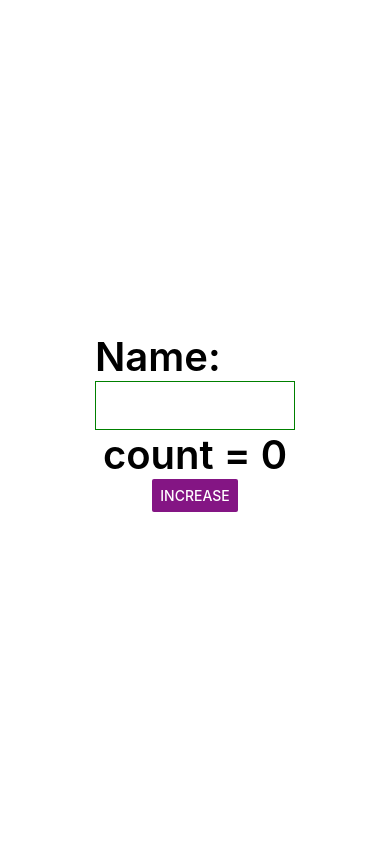
Repository: Ducbii4202/React-Native
Screen: /
The author's editor kept a copy of each file at every save. The screen is drawn from the files as they stood at one save, then again after the next save.
The app was drawn by React Native's web renderer in a window 390 px wide. The project was rebuilt for these pictures with package versions that can differ from the ones it lists, and the page was loaded fresh each time.

Above is the screen before, as saved 2024-09-15 16:00:17.

After the next save:
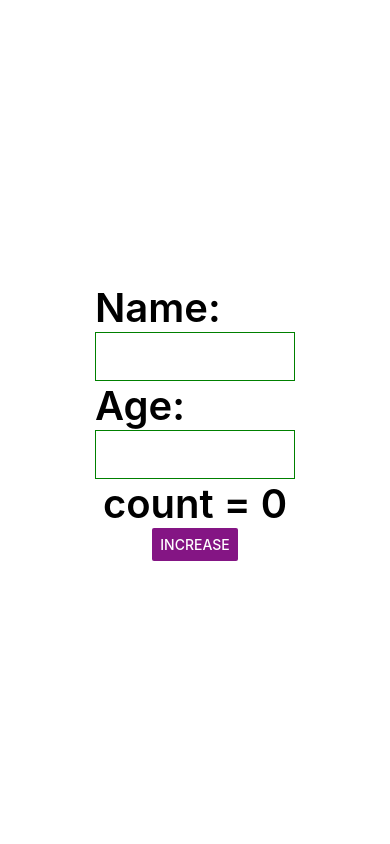
Saved 106 s later.
--- a/App.tsx
+++ b/App.tsx
@@ -19,7 +19,7 @@ export default function App() {
       />
       </View>
 
-      {/* <View>
+      <View>
         <Text style={{ fontSize: 40, fontWeight: "600" }}>
           Age: {age}</Text>
         <TextInput
@@ -27,7 +27,7 @@ export default function App() {
           onChangeText={(value) => setAge(value)}
           keyboardType='numeric'
       />
-      </View> */}
+      </View>
 
       <Text style={{fontSize:40, fontWeight:"600"}}>
       count = {count}
